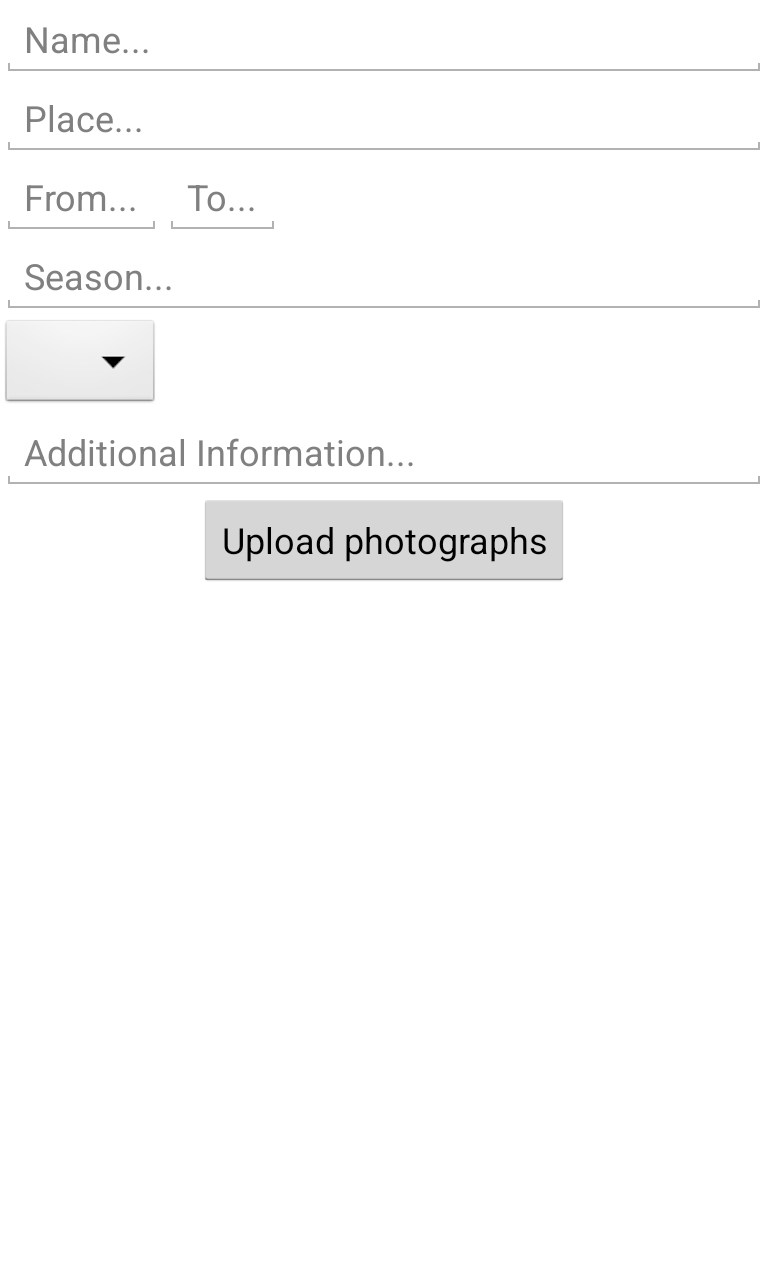
Repository: sandeshshetty/TravelZeus
Layout: TravelZeus/res/layout/fragment_insert_info.xml
The author's editor kept a copy of each file at every save. The layout is drawn from the files as they stood at one save, then again after the next save.
It is drawn on a 768 x 1280 px phone screen (xhdpi) without system bars, with theme AppTheme; the app's code is not run.

Above is the layout before, as saved 2015-05-17 02:58:44.

After the next save:
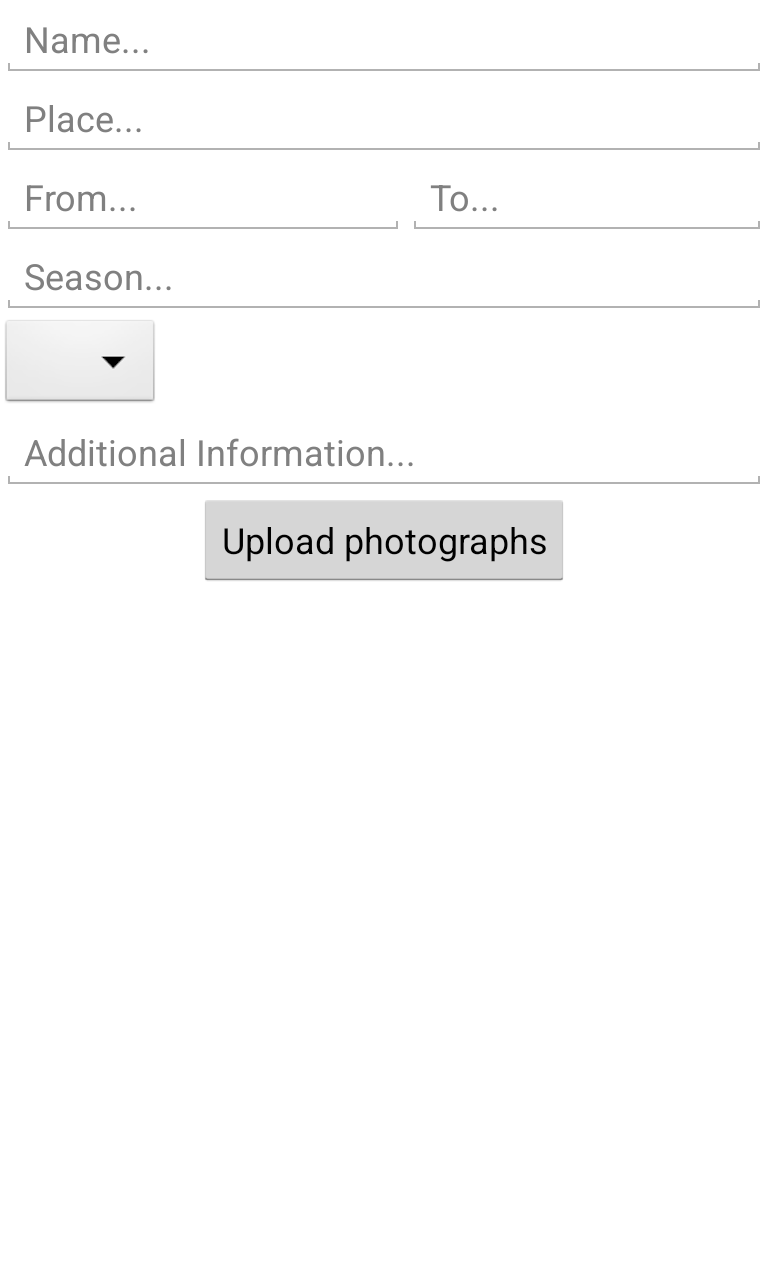
Saved 93 s later.
--- a/TravelZeus/res/layout/fragment_insert_info.xml
+++ b/TravelZeus/res/layout/fragment_insert_info.xml
@@ -28,7 +28,8 @@
         android:id="@+id/userInputFromPlace"
         android:layout_height="wrap_content"
         android:layout_width="wrap_content"
-		android:layout_gravity="left"
+		android:layout_gravity="center"
+		android:layout_weight="0.5"
     	android:hint="From..."
     	 />
 
@@ -38,7 +39,8 @@
         android:id="@+id/userInputToPlace"
         android:layout_height="wrap_content"
         android:layout_width="wrap_content"
-		android:layout_gravity="right"
+		android:layout_gravity="center"
+		android:layout_weight="0.5"
     	android:hint="To..."
     	 />
 
